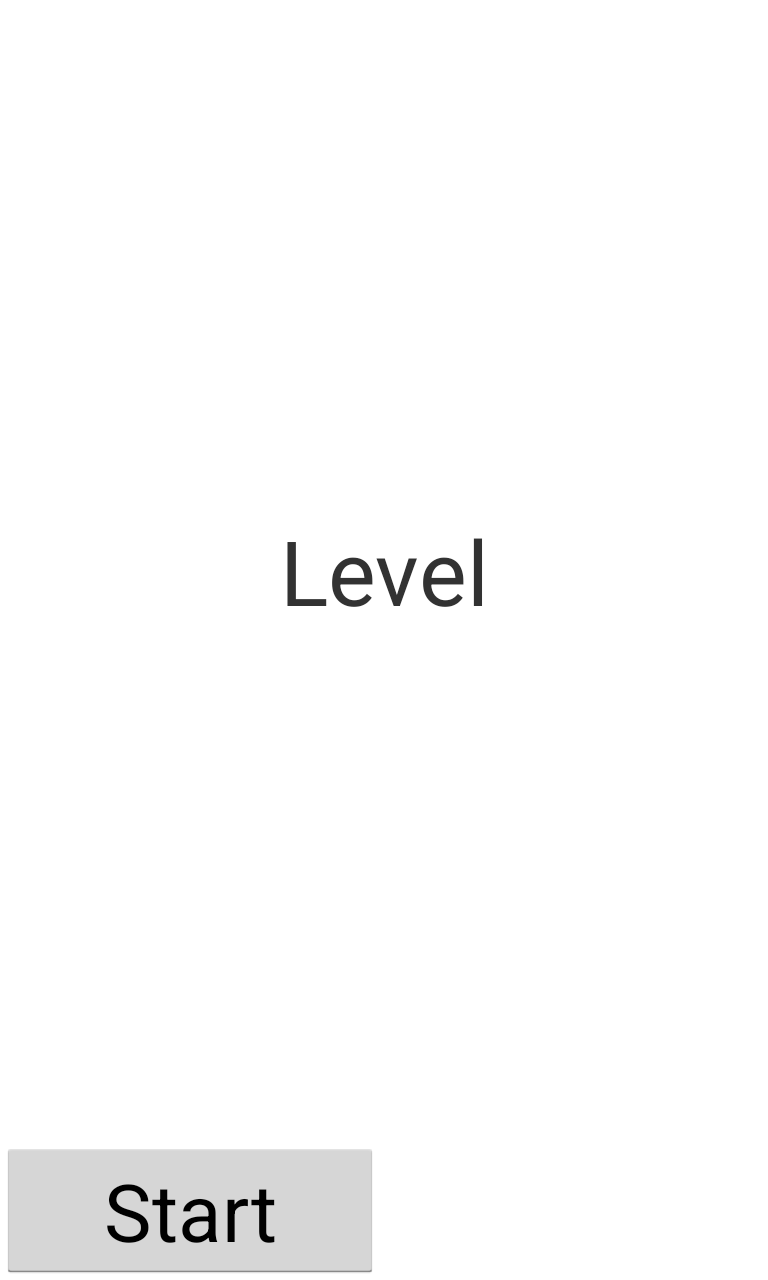
Repository: rupaligarje123/aakash
Layout: androidphotoquiz/FunChem1/photoquiz/res/layout/activity_main.xml
The author's editor kept a copy of each file at every save. The layout is drawn from the files as they stood at one save, then again after the next save.
It is drawn on a 768 x 1280 px phone screen (xhdpi) without system bars, with theme AppTheme; the app's code is not run.

Above is the layout before, as saved 2013-04-18 06:30:17.

### androidphotoquiz/FunChem1/photoquiz/res/layout/activity_main.xml
<?xml version = "1.0" encoding ="utf-8"?>
<LinearLayout xmlns:android="http://schemas.android.com/apk/res/android"
    xmlns:tools="http://schemas.android.com/tools"
    android:layout_width="fill_parent"
    android:layout_height="fill_parent"
    android:orientation="vertical" >

    <TextView
        android:id="@+id/tvDisplay"
        android:layout_width="fill_parent"
        android:layout_height="60sp"
        android:layout_weight="0.01"
        android:gravity="center"
        android:text="@string/hello_world"
        android:textSize="45sp" />

    <Button
        android:id="@+id/bEasy"
        android:layout_width="190dp"
        android:layout_height="wrap_content"
        android:text="@string/string1"
        android:textSize="40sp" />

</LinearLayout>

### androidphotoquiz/FunChem1/photoquiz/res/values/strings.xml
<?xml version="1.0" encoding="utf-8"?>
<resources>

    <string name="app_name">FunChem</string>
    <string name="action_settings">Settings</string>
    <string name="hello_world">Level</string>
    <string name="Result">Select answer</string>
    <string name="string1">Start</string>

</resources>

Loaded but not shown: androidphotoquiz/FunChem1/photoquiz/res/values/styles.xml (common file); androidphotoquiz/FunChem1/photoquiz/res/values-v11/styles.xml (common file); androidphotoquiz/FunChem1/photoquiz/res/values-v14/styles.xml (common file)

After the next save:
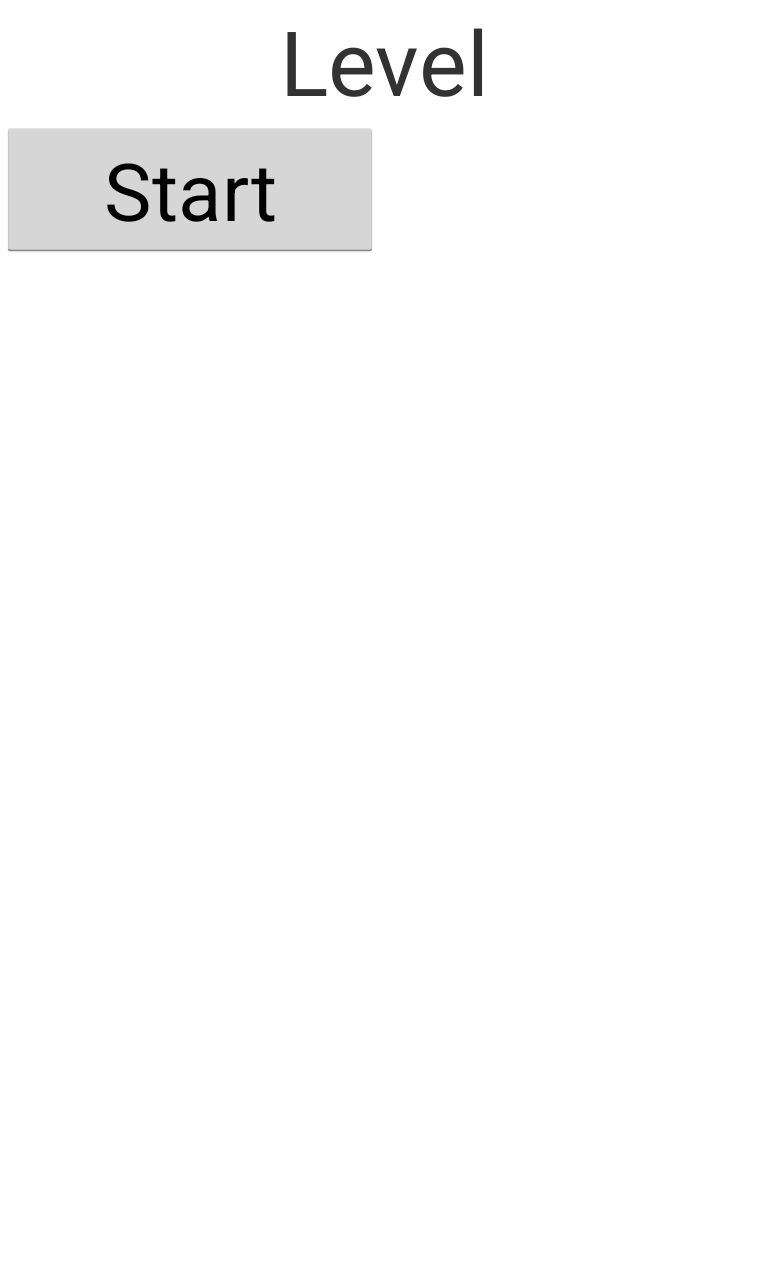
Saved 2 min 23 s later.
--- a/androidphotoquiz/FunChem1/photoquiz/res/layout/activity_main.xml
+++ b/androidphotoquiz/FunChem1/photoquiz/res/layout/activity_main.xml
@@ -9,7 +9,7 @@
         android:id="@+id/tvDisplay"
         android:layout_width="fill_parent"
         android:layout_height="60sp"
-        android:layout_weight="0.01"
+        android:layout_weight="0.00"
         android:gravity="center"
         android:text="@string/hello_world"
         android:textSize="45sp" />
